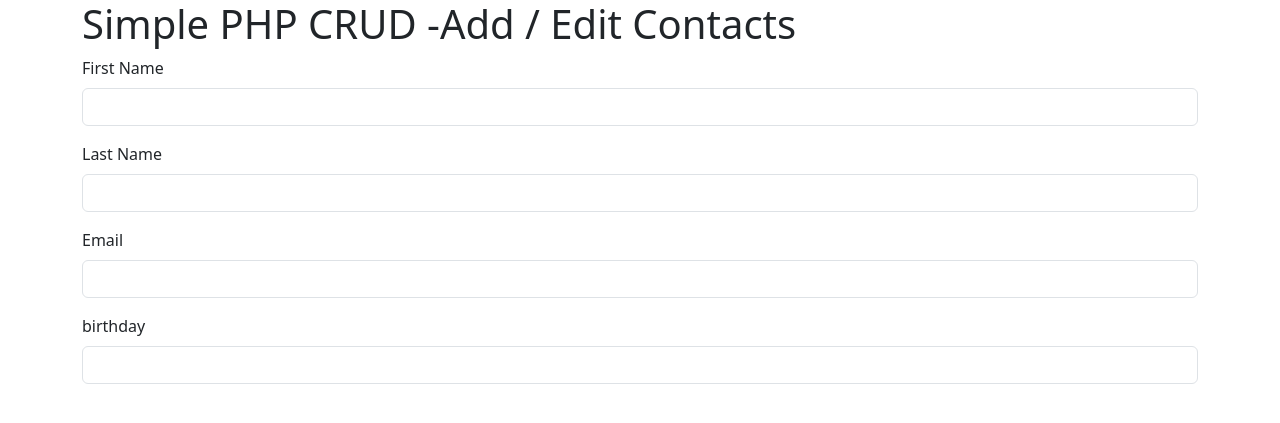
Repository: mennaabdelelhady/PHP-CRUD
Page: http://localhost/add_edit.php
An editor plug-in stored every save of this project. The page is shown before and after the next save, followed by the edit.
The browser window is 1280 px wide. The pictures show the whole page.
The page is run by PHP 8.4 with error messages shown; the project is at /var/www/html/.

Above is the page before, as saved 2024-12-30 03:53:25.

After the next save:
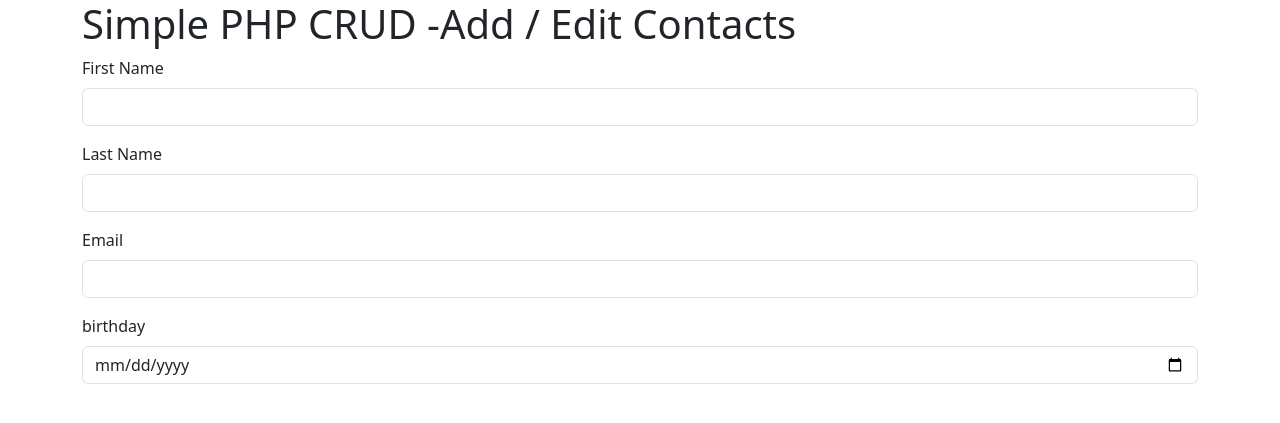
Saved 56 s later.
--- a/public/add_edit.php
+++ b/public/add_edit.php
@@ -29,7 +29,7 @@ $title ="Simple PHP CRUD -Add / Edit Contacts";
         </div>
         <div class="mb-3">
             <label for="birthday" class="form-label">birthday</label>
-            <input type="text" class="form-control" id="birthday" name="birthday">
+            <input type="date" class="form-control" id="birthday" name="birthday">
         </div>
     </form>
 </body>
